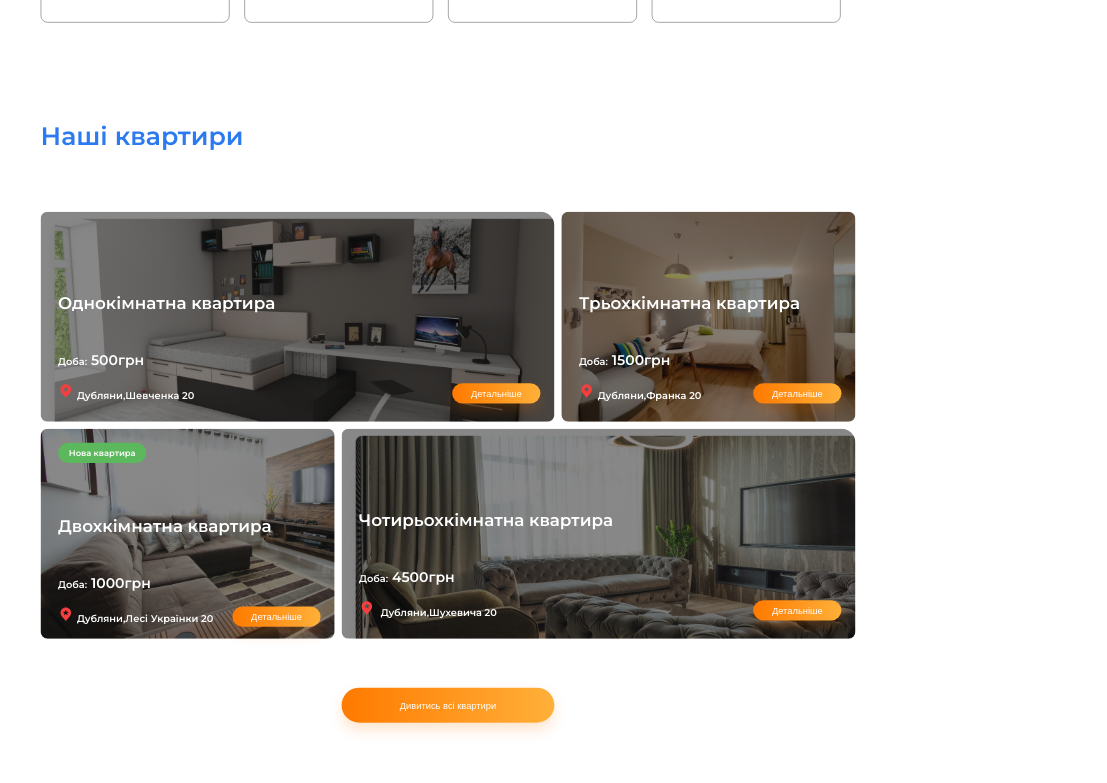
Repository: batonAnton/HW-7-grid
Page: index.html
The author's editor kept a copy of each file at every save. The page is drawn from the files as they stood at one save, then again after the next save.
The browser window is 1280 px wide. The page is 1280 px wide, then 1582 px, so the pictures cover 1582 px, including what lies to the right of the window. The pictures show the part of the page from y = 868 to 2428 px (the page is 1986 px tall before and 2428 px after), at 70% of full size.

Above is the page before, as saved 2022-06-29 17:05:10.

### index.html
<!DOCTYPE html>
<html lang="en">
<head>
    <meta charset="UTF-8">
    <meta http-equiv="X-UA-Compatible" content="IE=edge">
    <meta name="viewport" content="width=device-width, initial-scale=1.0">
    <link rel="preconnect" href="https://fonts.googleapis.com">
    <link rel="preconnect" href="https://fonts.gstatic.com" crossorigin>
    <link href="https://fonts.googleapis.com/css2?family=Montserrat:wght@600&display=swap" rel="stylesheet">
    <link rel="preconnect" href="https://fonts.googleapis.com">
    <link rel="preconnect" href="https://fonts.gstatic.com" crossorigin>
    <link href="https://fonts.googleapis.com/css2?family=Open+Sans&display=swap" rel="stylesheet">
    <link rel="stylesheet" href="./css/styles2.css">
    <title>Grid</title>
</head>

        <div  class="wrapper allstyles">
            <header>
                <img src="./images/logo.png" alt="logo">
                <a href="" class="menu">Головна</a>
                <a href="" class="menu">Квартири</a>
                <a href="" class="menu">Контакти</a>
                <a href="" class="menu">Про нас</a>

                <div class="item mail">
                    <img src="./images/email.png" alt="email">
                    <p>@gmail.com</p>
                </div>
                <div class="item phone">
                    <img src="./images/phone.png" alt="phone">
                    <p>38 (097) 391 97 32</p>
                </div>
                <div class="item btn">
                        <button>Замовити Дзвінок </button>
                </div>
            </header>
            </div>





            <div class=" wrapper2  allstyles">
                <div class="info">
                    <h1>Оренда Квартир <br> в Березниках</h1>
                    <p>На довгий термін <br> або подобово</p>
                    <button class="btn">Дивитись варіанти</button>
                </div>
                <div class="blueblock"></div>

                <div class="banner">

                </div>
            </div>
        </div>


    <div class="wrapper3 allstyles">
         <div class=" block block1">
             <img src="./images/header 1.1.png" alt="img">
             <p>
                Укладаємо договори, <br> надаємо звітні документи
             </p>
         </div>
         <div class="block block2">
            <img src="./images/header 1.2.png" alt="img">
            <p>
                Готівковий та <br>
                Безготівковий розрахунок
            </p>
         </div>
         <div class="block block3">
            <img src="./images/header 1.3.png" alt="img">
            <p>
                Бронювання та заселення <br> цілодобово
            </p>

         </div>
         <div class="block block4">
            <img src="./images/header 1.4.png" alt="img">
            <p>
                Повна <br> конфіденційність
            </p>
         </div>
    </div>

    <div class="wrapper4 allstyles">
        <h1 class="wrapper4-h1">Наші квартири</h1>

        <div class="img1-1">
            <h1>Однокімнатна квартира</h1>
            <p class="price"> <span class="p-price">Доба:</span> 500грн</p>
            <p class="p-price location"> <img src="./images/wrapper4/Location_Icon.svg" alt="loc icon">Дубляни,Шевченка 20</p>
            <button class="btn">Детальніше</button>
        </div>
        <div class="img1-2">
            <h1>Трьохкімнатна квартира</h1>
            <p class="price"> <span class="p-price">Доба:</span>  1500грн</p>
            <p class="p-price location"> <img src="./images/wrapper4/Location_Icon.svg" alt="loc icon">Дубляни,Франка 20</p>
            <button class="btn">Детальніше</button>
        </div>
        <div class="img2-1">
            <button class="btn-new">Нова квартира</button>
            <h1>Двохкімнатна квартира</h1>
            <p class="price"> <span class="p-price">Доба:</span>  1000грн</p>
            <p class="p-price location"> <img src="./images/wrapper4/Location_Icon.svg" alt="loc icon">Дубляни,Лесі Українки 20</p>
            <button class="btn">Детальніше</button>
        </div>
        <div class="img2-2">
            <h1>Чотирьохкімнатна квартира</h1>
            <p class="price"> <span class="p-price">Доба:</span>  4500грн</p>
            <p class="p-price location"> <img src="./images/wrapper4/Location_Icon.svg" alt="loc icon"> Дубляни,Шухевича 20</p>
            <button class="btn">Детальніше</button>
        </div>
        <button class="btn-wr4">Дивитись всі квартири</button>
    </div>

    <div class="wrapper5">
        <block1></block1>
        <block1></block1>
        <block1></block1>
        <block1></block1>
        <block1></block1>
        <block1></block1>
    </div>









</body>
</html>

### css/styles2.css
* {
  box-sizing: border-box;
}

.allstyles {
  margin: 50px 50px;
}

header {
  display: grid;
  gap: 10px;
  grid-template-columns: repeat(8, 1fr);
  grid-template-rows: 1fr;
  z-index: 1;
}

.wrapper {
  display: flex;
  justify-content: space-between;
}

.menu {
  font-family: "Montserrat", sans-serif;
  font-style: normal;
  font-weight: 600;
  font-size: 16px;
  line-height: 20px;
  text-decoration: none;
  color: #111111;
  transition: all 1s;
}

.menu:hover {
  text-decoration: underline;
}

.phone,
.mail {
  font-family: "Montserrat", sans-serif;
  font-style: normal;
  font-weight: 600;
  font-size: 16px;
  line-height: 20px;
  text-decoration: none;
  color: #111111;
  transition: all 1s;
}

.menu,
.phone,
.mail,
.btn {
  justify-content: center;
  align-items: center;
  display: flex;
}

.phone,
.btn {
  width: 190px;
}

.btn button, .wrapper4 .btn {
  padding: 15px 30px;
  color: #fff;
  background: linear-gradient(89.77deg, #ff7a00 0.2%, #ffb039 99.82%);
  box-shadow: 0px 10px 20px rgba(255, 122, 0, 0.2);
  border-radius: 25px;
  border: none;
}

.wrapper2 {
  display: grid;
  grid-template-columns: repeat(5, 1fr);
  grid-template-rows: repeat(5, 1fr);
  z-index: 0;
}

.wrapper2 .info {
  grid-column: 1/3;
  grid-row: 1/6;
}

.info h1 {
  font-family: "Montserrat";
  font-style: normal;
  font-weight: 800;
  font-size: 40px;
  line-height: 49px;
  display: flex;
  align-items: center;
  color: #111111;
}

.info p {
  font-family: "Open Sans";
  font-style: normal;
  font-weight: 400;
  font-size: 24px;
  line-height: 33px;
  color: #111111;
}
.wrapper2 .banner {
  grid-column: 3/6;
  grid-row: 1/6;
  background-image: url(../images/bigBanner.png);
  background-repeat: no-repeat;
  background-size: contain;
  /* height: 420px; */
  margin-right: -56px;
}

.wrapper2 .btn {
  margin-top: 60px;
  padding: 15px 30px;
  color: #fff;
  background: linear-gradient(89.77deg, #ff7a00 0.2%, #ffb039 99.82%);
  box-shadow: 0px 10px 20px rgba(255, 122, 0, 0.2);
  border-radius: 25px;
  border: none;
}

.blueblock {
  grid-column: 4/6;
  grid-row: 1/6;
  background: #2b7af1;
  border-radius: 0px 0px 0px 10px;
  margin-top: -155px;
  margin-right: -56px;

  width: 620px;
  height: 810px;
}

.wrapper3 {
  display: grid;
  grid-template-columns: repeat(4, 1fr);
  margin-top: -180px;
  z-index: 1;
}

.wrapper3 p {
  font-family: "Open Sans", sans-serif;
  font-style: normal;
  font-weight: 400;
  font-size: 16px;
  line-height: 22px;
  text-align: center;
  color: #111111;
}

.block {
  width: 270px;
  /* height: 170px; */
  padding: 30px 20px;
  background: #ffffff;
  border-radius: 10px;
  border: 1px solid gray;
}

.block img {
  width: 80px;
  height: 80px;
  margin-left: 70px;
}

.block1,
.block2,
.block3,
.block4 {
  /* display: flex; */
  justify-content: space-around;
}

.block1 {
  grid-column: 1/2;
}

.block2 {
  grid-column: 2/3;
}

.block3 {
  grid-column: 3/4;
}

.block4 {
  grid-column: 4/5;
}

.wrapper4 {
  display: grid;
  grid-template-columns: repeat(5, 1fr);
  grid-template-rows: repeat(6, 1fr);
  margin-top: 115px;
  gap: 10px;
}

.wrapper4-h1 {
  grid-column: 1/6;
  font-family: "Montserrat";
  font-style: normal;
  font-weight: 800;
  font-size: 36px;
  line-height: 44px;
  color: #2b7af1;
}

.img1-1 {
  grid-column: 1/4;
  grid-row: 2/4;
  /* width: 650px; */
  height: 300px;
  background: linear-gradient(rgba(17, 17, 17, 0.5), rgba(17, 17, 17, 0.5)), url(../images/wrapper4/Background\ 1.1.png);

  border-radius: 10px;
  border-top-right-radius: 20px;
}

.img1-2 {
  grid-column: 4/6;
  grid-row: 2/4;
  /* width: 450px; */
  height: 300px;
  background: linear-gradient(rgba(17, 17, 17, 0.5), rgba(17, 17, 17, 0.5)), url(../images/wrapper4/Background\ 1.2.png);
  border-radius: 10px;
}

.img2-1 {
  grid-column: 1/3;
  grid-row: 4/6;
  /* width: 450px; */
  height: 300px;
  background: linear-gradient(rgba(17, 17, 17, 0.5), rgba(17, 17, 17, 0.5)), url(../images/wrapper4/Background\ 2.1.png);
  border-radius: 10px;
}

.img2-2 {
  grid-column: 3/6;
  grid-row: 4/6;
  height: 300px;
  /* height: 310px; */
  background: linear-gradient(rgba(17, 17, 17, 0.5), rgba(17, 17, 17, 0.5)), url(../images/wrapper4/Background\ 2.2.png);
  border-radius: 10px;
  border-top-right-radius: 20px;
}

.btn-new{
  background: #5CB85C;
  border-radius: 20px;
  z-index: 1;
  margin: 20px 50px 30px 25px;
  padding: 7px 15px;
  width: 126px;
  border: none;
  font-family: 'Montserrat';
font-style: normal;
font-weight: 600;
font-size: 12px;
line-height: 15px;
color: #ffffff;
}

.wrapper4 .img1-1 h1 {
  padding: 100px 50px 30px 25px;
  font-family: "Montserrat";
  font-style: normal;
  font-weight: 800;
  font-size: 24px;
  line-height: 29px;
  color: #ffffff;
  /* filter: brightness(100%)!important; */
}

.wrapper4 .img1-2 h1 {
    padding: 100px 50px 30px 25px;
    font-family: "Montserrat";
    font-style: normal;
    font-weight: 800;
    font-size: 24px;
    line-height: 29px;
    color: #ffffff;

  }

  .wrapper4 .img2-1 h1 {
    padding: 30px 50px 30px 25px;
    font-family: "Montserrat";
    font-style: normal;
    font-weight: 800;
    font-size: 24px;
    line-height: 29px;
    color: #ffffff;
    filter: brightness(100%)!important;
    z-index: 0;
  }

  .wrapper4 .img2-2 h1 {
    padding: 100px 50px 30px 25px;

    font-family: "Montserrat";
    font-style: normal;
    font-weight: 800;
    font-size: 24px;
    line-height: 29px;
    color: #ffffff;
    filter: brightness(100%)!important;
  }

.wrapper4 .p-price{
    font-family: 'Montserrat';
    font-style: normal;
    font-weight: 400;
    font-size: 14px;
    line-height: 22px;
    color: #FFFFFF;
    display: inline;
}

 .wrapper4 .price{
    font-family: 'Montserrat';
    font-style: normal;
    font-weight: 800;
    font-size: 20px;
    line-height: 24px;
    color: #ffffff;
    margin-top: 25px;
    padding: 0px 45px 0px 25px;
}

.location{
    padding: 0px 15px 0px 25px;
}

.location img{
  margin-right: 5px;
}

.wrapper4 .btn{
    float: right;
    margin-right: 20px;
    padding: 7px 15px;
    width: 126px;
}

.wrapper4 .btn-wr4{
  margin-top: 60px;
  grid-column: 3/4;
  width: 304px;
  height: 50px;
  background: linear-gradient(89.77deg, #FF7A00 0.2%, #FFB039 99.82%);
  border: none;
  box-shadow: 0px 10px 20px rgba(255, 122, 0, 0.2);
  border-radius: 25px;
  color: white;
}

After the next save:
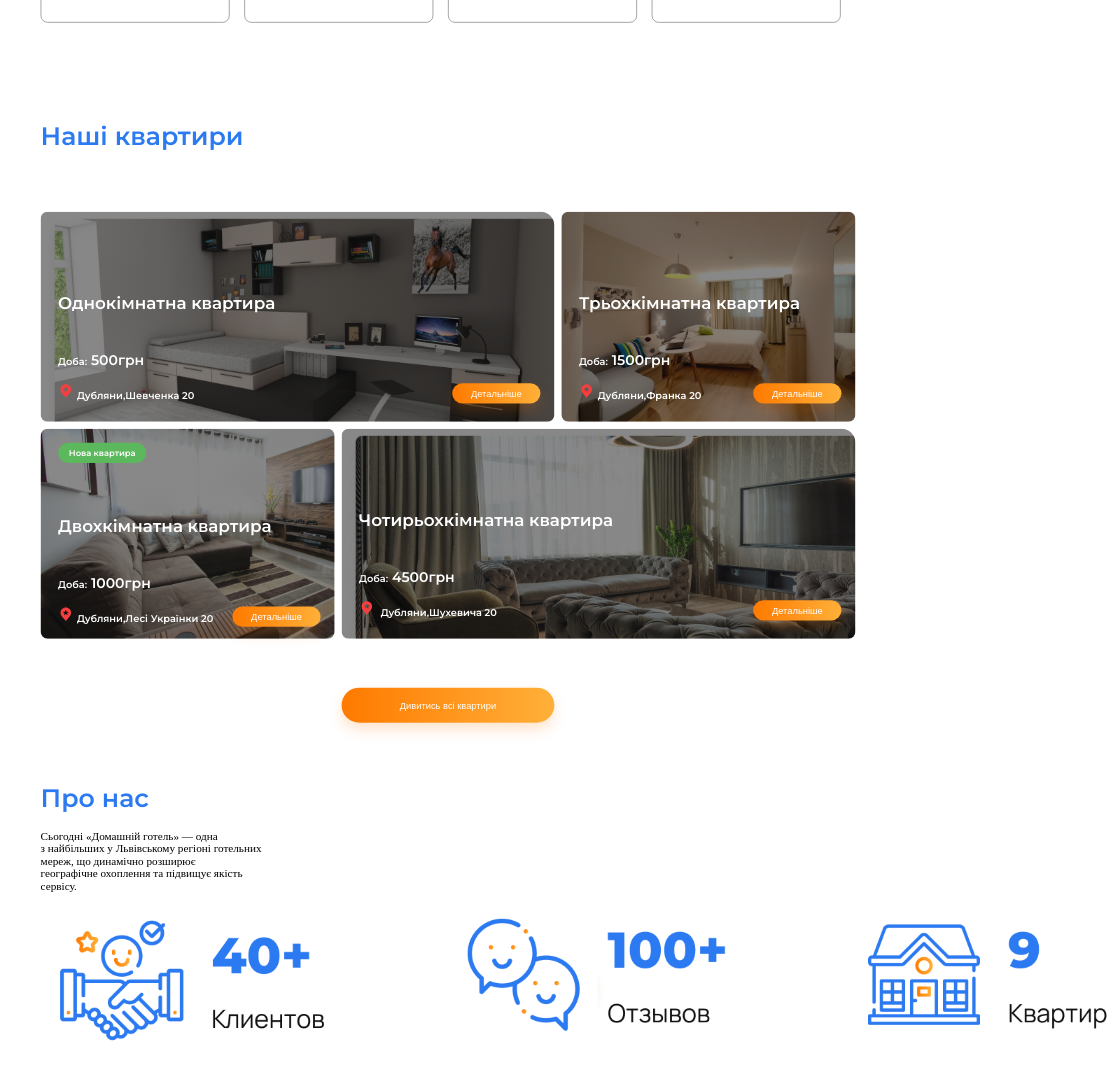
Saved 6 min 36 s later.
--- a/index.html
+++ b/index.html
@@ -115,13 +115,18 @@
         <button class="btn-wr4">Дивитись всі квартири</button>
     </div>
 
-    <div class="wrapper5">
-        <block1></block1>
-        <block1></block1>
-        <block1></block1>
-        <block1></block1>
-        <block1></block1>
-        <block1></block1>
+    <div class="wrapper5 allstyles">
+        <div class="block1">
+            <h1 class="wrapper4-h1">Про нас</h1>
+        </div>
+        <div class="block2">
+            <p>
+                Сьогодні «Домашній готель» — одна <br> з найбільших у Львівському регіоні готельних <br> мереж, що динамічно розширює <br> географічне охоплення та підвищує якість <br> сервісу.
+            </p>
+        </div>
+        <div class="block3">
+            <img src="./images/wrapper5/rating.png" alt="img">
+        </div>
     </div>
 
 
